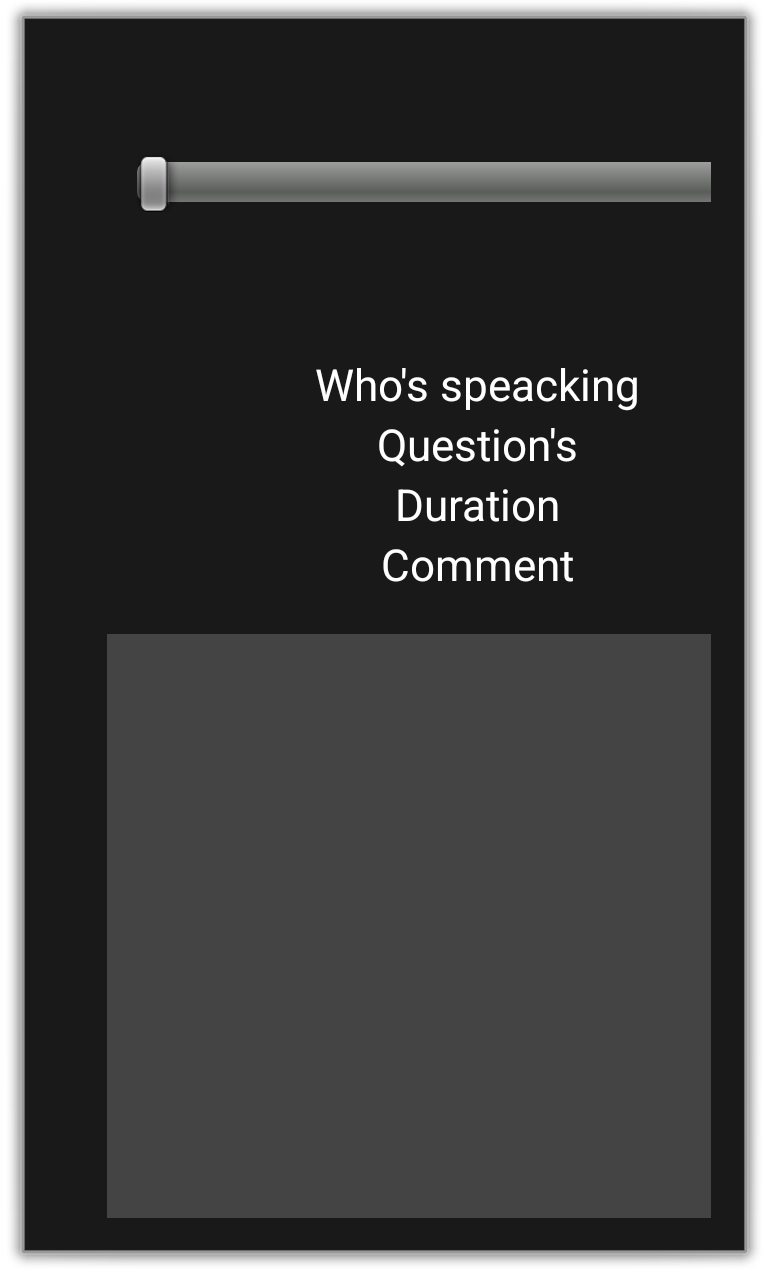
Repository: i-togui/TX
Layout: MM-Project/res/layout/activity_tag.xml
The author's editor kept a copy of each file at every save. The layout is drawn from the files as they stood at one save, then again after the next save.
It is drawn on a 768 x 1280 px phone screen (xhdpi) without system bars, with theme android:Theme.Dialog; the app's code is not run. Lists and similar views that code fills are empty.

Above is the layout before, as saved 2013-12-31 17:32:26.

### MM-Project/res/layout/activity_tag.xml
<LinearLayout xmlns:android="http://schemas.android.com/apk/res/android"
    xmlns:tools="http://schemas.android.com/tools"
    android:layout_width="1200dp"
    android:layout_height="700dp"
    android:paddingBottom="@dimen/activity_vertical_margin"
    android:paddingLeft="@dimen/activity_vertical_margin"
    android:paddingRight="@dimen/activity_vertical_margin"
    android:weightSum="4.0"
    android:orientation="vertical"
    android:paddingTop="@dimen/activity_vertical_margin"
    tools:context=".TagActivity" >
	    <LinearLayout
	    android:layout_width="1165dp"
	    android:layout_height="150dp"
	    android:layout_weight="1.0"
	    android:weightSum="10.0"
	    android:padding="10dp"
	    android:layout_marginLeft="30dp"
	    android:orientation="horizontal">

		    <SeekBar
	        android:id="@+id/seek_bar"
	        android:layout_width="800dp"
	        android:layout_height="wrap_content"
	        android:layout_gravity="center_vertical"
            android:gravity="center_vertical"
	        android:layout_centerInParent="true" />

			<ImageView
			android:id="@+id/img_play"
		    android:layout_width="100dp"
	        android:layout_height="100dp"
	        android:layout_gravity="center_vertical"
            android:gravity="center_vertical"
	        android:src="@drawable/play"
	        android:onClick="playAction"/>

			<ImageView
			android:id="@+id/img_pause"
		    android:layout_width="100dp"
	        android:layout_height="100dp"
	        android:layout_gravity="center_vertical"
            android:gravity="center_vertical"
	        android:src="@drawable/ic_action_pause_over_video"
	        android:onClick="pauseAction"/>

			<ImageView
			android:id="@+id/img_save"
		    android:layout_width="100dp"
	        android:layout_height="100dp"
	        android:layout_gravity="center_vertical"
            android:gravity="center_vertical"
	        android:src="@drawable/ic_action_save"
	        android:onClick="saveAll"/>
	    </LinearLayout>
	   	<LinearLayout
	    android:layout_width="1165dp"
	    android:layout_height="500dp"
	    android:layout_weight="1.0"
	    android:weightSum="10.0"
	    android:layout_marginTop="10dp"
	    android:padding="10dp"
	    android:orientation="horizontal">
			<LinearLayout
		    android:layout_width="400dp"
		    android:layout_height="480dp"
		    android:orientation="vertical">
			    <TextView
	            android:id="@+id/textWho"
	            android:layout_width="wrap_content"
	            android:layout_height="wrap_content"
	            android:layout_gravity="center_horizontal"
	            android:gravity="center_horizontal"
	            android:layout_weight="1.0"
	            android:text="Who's speacking"
	            android:textAppearance="?android:attr/textAppearanceLarge"/>
			    <TextView
	            android:id="@+id/textWhy"
	            android:layout_width="wrap_content"
	            android:layout_height="wrap_content"
	            android:layout_gravity="center_horizontal"
	            android:gravity="center_horizontal"
	            android:layout_weight="1.0"
	            android:text="Question's"
	            android:textAppearance="?android:attr/textAppearanceLarge"/>
				<TextView
	            android:id="@+id/texthowmuch"
	            android:layout_width="wrap_content"
	            android:layout_height="wrap_content"
	            android:layout_gravity="center_horizontal"
	            android:gravity="center_horizontal"
	            android:layout_weight="1.0"
	            android:text="Duration"
	            android:textAppearance="?android:attr/textAppearanceLarge"/>
				<TextView
	            android:id="@+id/textcomment"
	            android:layout_width="370dp"
	            android:layout_height="wrap_content"
	            android:layout_gravity="center_horizontal"
	            android:gravity="center_horizontal"
	            android:layout_weight="1.0"
	            android:text="Comment"
	            android:scrollbars = "horizontal"
	            android:layout_marginBottom="20dp"
	            android:textAppearance="?android:attr/textAppearanceLarge"/>
				<ListView
				android:id="@+id/items_list"
				android:layout_width="370dp"
				android:layout_height="320dp"
				android:layout_gravity="center_horizontal"
	            android:gravity="center_horizontal"
				android:layout_marginBottom="20dp"
				android:background="@color/whitegrey"/>
		    </LinearLayout>
			<HorizontalScrollView
			android:layout_width="730dp"
			android:background="@drawable/border"
	    	android:layout_height="480dp">
				<LinearLayout
			    android:id="@+id/list_list"
				android:layout_width="730dp"
				android:layout_margin="40dp"
			    android:layout_height="480dp"
			    android:orientation="horizontal">

				</LinearLayout>
			</HorizontalScrollView>
	    </LinearLayout>
 </LinearLayout>

### MM-Project/res/values/styles.xml
<?xml version="1.0" encoding="utf-8"?>
<resources>

    <!--
        Base application theme, dependent on API level. This theme is replaced
        by AppBaseTheme from res/values-vXX/styles.xml on newer devices.
    -->
    <style name="AppBaseTheme" parent="android:Theme.Light">
        <!--
            Theme customizations available in newer API levels can go in
            res/values-vXX/styles.xml, while customizations related to
            backward-compatibility can go here.
        -->
    </style>

    <!-- Application theme. -->
    <style name="AppTheme" parent="AppBaseTheme">
        <!-- All customizations that are NOT specific to a particular API-level can go here. -->
    </style>

    <color name="black">#FF000000</color>
    <color name="whitegrey">#FF444444</color>
    <color name="whitegreyy">#FFFFFFFF</color>
    <color name="blue">#FF0000FF</color>

    <style name="dialog_light" parent="@android:style/Theme.Dialog">
        <item name="@android:windowBackground">@color/whitegrey</item>
        <item name="@android:textColor">@color/black</item>
    </style>

    <style name="LoginFormContainer">
        <item name="android:layout_width">match_parent</item>
        <item name="android:layout_height">wrap_content</item>
        <item name="android:padding">16dp</item>
    </style>

</resources>

### MM-Project/res/drawable/border.xml
<?xml version="1.0" encoding="utf-8"?>
<shape xmlns:android="http://schemas.android.com/apk/res/android"
       android:shape="rectangle">
   <stroke
        android:width="5dip"
        android:color="@android:color/white" />
    <corners
      android:radius="2dp"
      android:topRightRadius="0dp"
      android:bottomRightRadius="0dp"
      android:bottomLeftRadius="0dp" />
</shape>

Loaded but not shown: MM-Project/res/values/dimens.xml (common file)

After the next save:
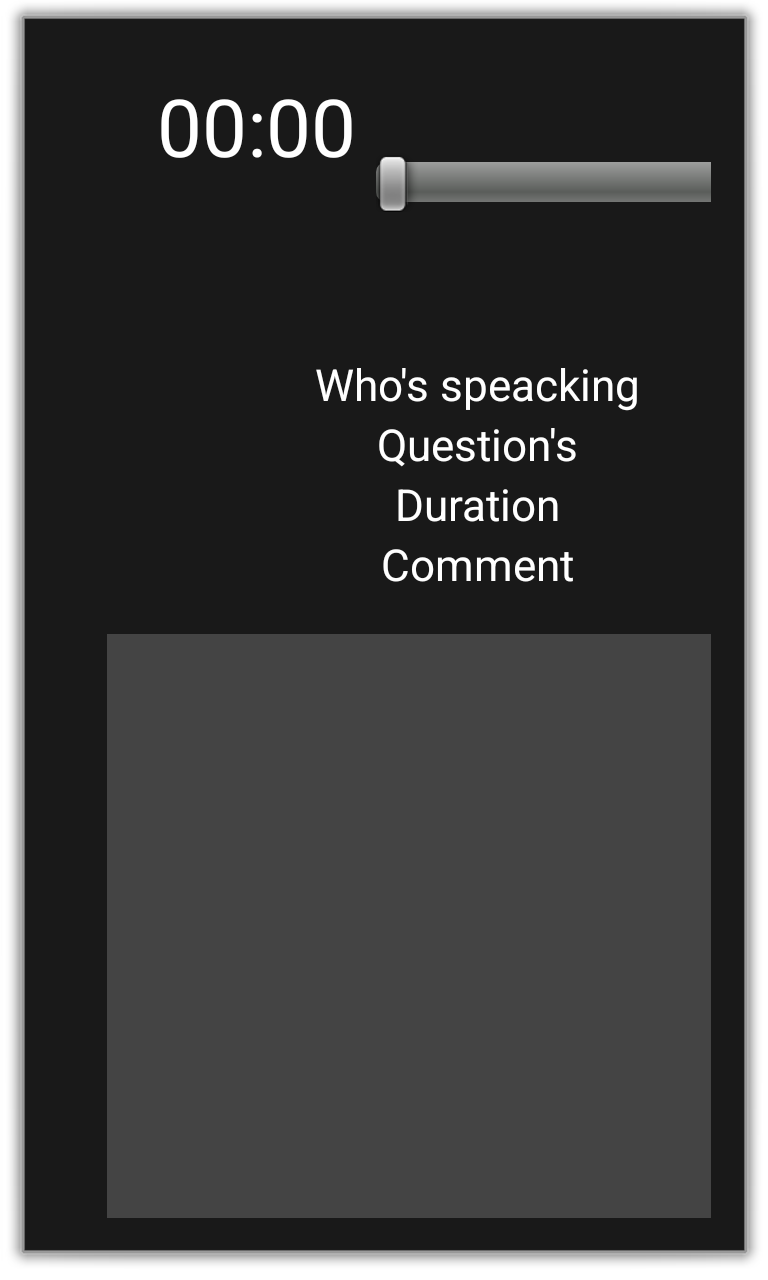
Saved 2 min 27 s later.
--- a/MM-Project/res/layout/activity_tag.xml
+++ b/MM-Project/res/layout/activity_tag.xml
@@ -17,6 +17,15 @@
 	    android:padding="10dp"
 	    android:layout_marginLeft="30dp"
 	    android:orientation="horizontal">
+			<Chronometer
+	        android:id="@+id/chronometer"
+	        android:layout_gravity="center_horizontal"
+            android:gravity="center_horizontal"
+	        android:format="%s"
+	        android:layout_margin="10dp"
+	        android:layout_width="wrap_content"
+	        android:layout_height="wrap_content"
+	        android:textSize="40sp"/>
 
 		    <SeekBar
 	        android:id="@+id/seek_bar"

After the save that followed:
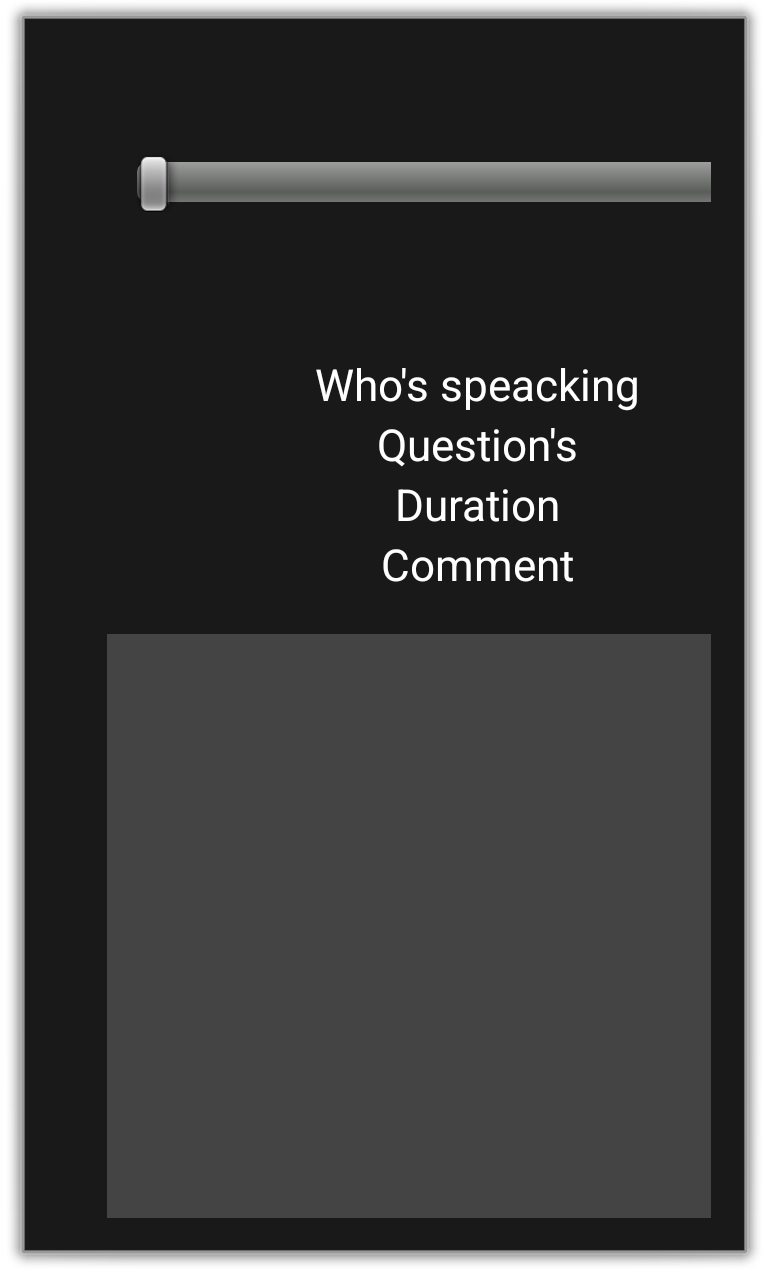
Saved 110 s later.
--- a/MM-Project/res/layout/activity_tag.xml
+++ b/MM-Project/res/layout/activity_tag.xml
@@ -17,16 +17,6 @@
 	    android:padding="10dp"
 	    android:layout_marginLeft="30dp"
 	    android:orientation="horizontal">
-			<Chronometer
-	        android:id="@+id/chronometer"
-	        android:layout_gravity="center_horizontal"
-            android:gravity="center_horizontal"
-	        android:format="%s"
-	        android:layout_margin="10dp"
-	        android:layout_width="wrap_content"
-	        android:layout_height="wrap_content"
-	        android:textSize="40sp"/>
-
 		    <SeekBar
 	        android:id="@+id/seek_bar"
 	        android:layout_width="800dp"
